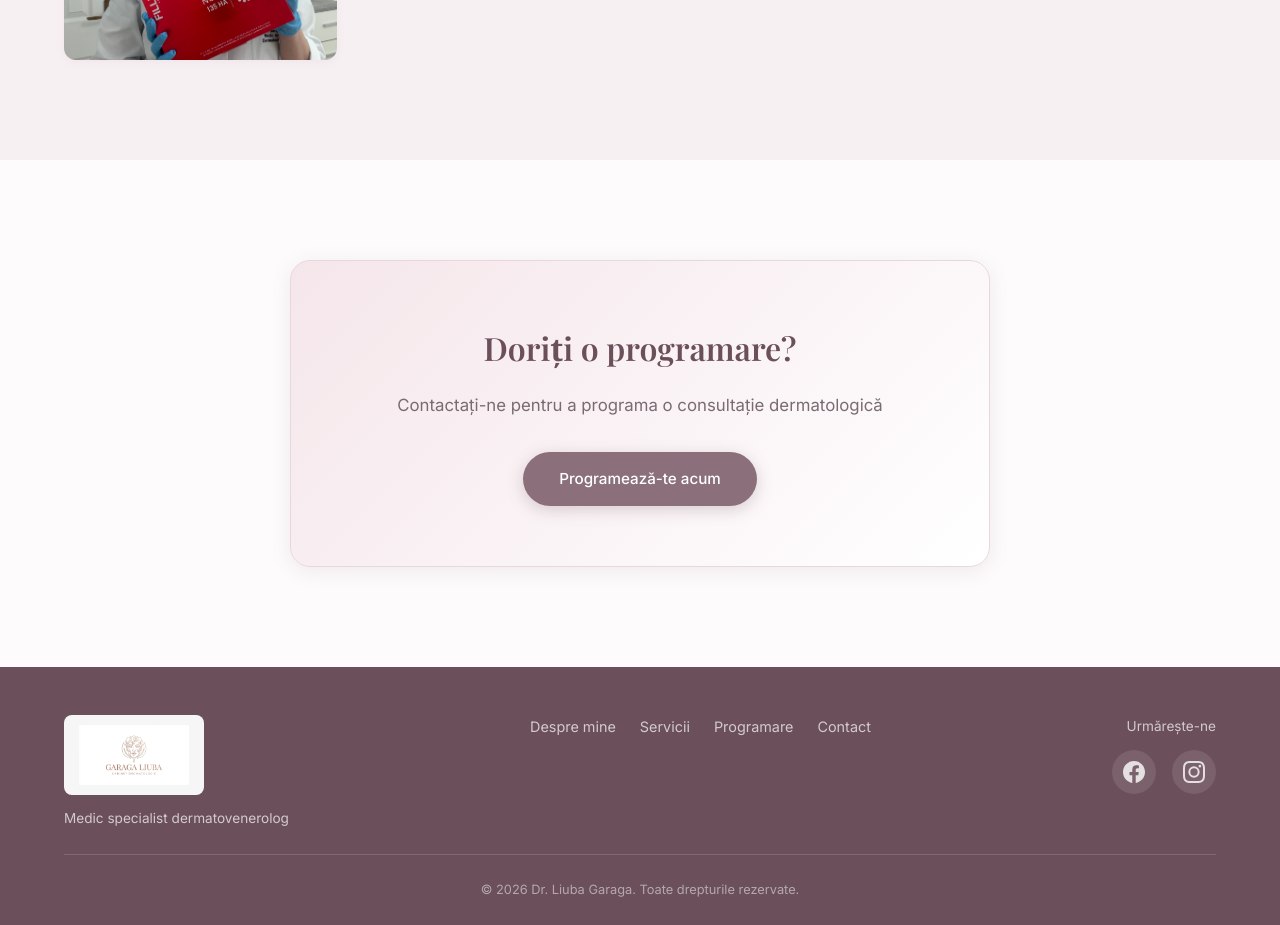
Repository: Nickkolean2793/Medic
Page: about.html
These files come from the project's save history. The page is drawn as it stood at one moment and after the next save; the edit follows.
The browser window is 1280 px wide. The pictures show the part of the page from y = 1884 to 2836 px (the page is 2809 px tall before and 2836 px after).
A picture or video elsewhere on the page could not be fetched, so the positions and the page height are approximate.

Above is the page before, as saved 2026-05-31 16:14:45.

### about.html
<!DOCTYPE html>
<html lang="ro">
<head>
    <meta charset="UTF-8">
    <meta name="viewport" content="width=device-width, initial-scale=1.0">
    <title>Despre mine — Dr. Liuba Garaga</title>
    <meta name="description" content="Află mai multe despre Dr. Liuba Garaga - Medic specialist dermatovenerolog în Toplița. Experiență, formare profesională și pasiune pentru dermatologie.">
    <link rel="preconnect" href="https://fonts.googleapis.com">
    <link rel="preconnect" href="https://fonts.gstatic.com" crossorigin>
    <link href="https://fonts.googleapis.com/css2?family=Playfair+Display:wght@400;500;600;700&family=Inter:wght@300;400;500;600&display=swap" rel="stylesheet">
    <link rel="stylesheet" href="styles.css">
</head>
<body>
    <!-- Navigation -->
    <nav class="navbar" id="navbar">
        <div class="container nav-container">
            <a href="index.html" class="logo">
                <img src="static/img/logo1778433187040.png" alt="Dr. Liuba Garaga" class="logo-img">
            </a>
            <ul class="nav-links" id="navLinks">
                <li><a href="about.html" class="active" data-ro="Despre mine" data-en="About Me">Despre mine</a></li>
                <li><a href="services.html" data-ro="Servicii" data-en="Services">Servicii</a></li>
                <li><a href="booking.html" data-ro="Programare" data-en="Booking">Programare</a></li>
                <li><a href="contact.html" data-ro="Contact" data-en="Contact">Contact</a></li>
            </ul>
            <div class="nav-actions">
                <button class="lang-toggle" id="langToggle" aria-label="Switch language">
                    <span class="lang-active">RO</span> / <span class="lang-inactive">EN</span>
                </button>
                <button class="hamburger" id="hamburger" aria-label="Menu">
                    <span></span>
                    <span></span>
                    <span></span>
                </button>
            </div>
        </div>
    </nav>

    <!-- Page Header -->
    <section class="page-header">
        <div class="container">
            <h1 class="page-title" data-ro="Despre mine" data-en="About Me">Despre mine</h1>
            <p class="page-subtitle" data-ro="Pasiune pentru dermatologie și grijă pentru pacienți" data-en="Passion for dermatology and patient care">Pasiune pentru dermatologie și grijă pentru pacienți</p>
        </div>
    </section>

    <!-- About Section -->
    <section class="section about" id="about">
        <div class="container">
            <div class="about-grid">
                <div class="about-image">
                    <img src="static/img/6DABCEB7-9707-477E-9E4E-37D7E1695E34.JPG" alt="Dr. Liuba Garaga" class="doctor-photo">
                </div>
                <div class="about-text">
                    <div data-ro-block data-en-block>
                        <div class="text-ro">
                            <p>Afecțiunile pielii pot afecta profund încrederea în sine și calitatea vieții. Iar faptul că pot ajuta pacienții să se simtă din nou bine în pielea lor este unul dintre motivele pentru care iubesc această specialitate.</p>
                            <p>De la diagnosticul atent, până la mici intervenții și proceduri estetice, dermatologia este pentru mine un mix între știință și artă.</p>
                            <p>M-am format în cadrul Centrului Universitar din Târgu Mureș, lucrând în echipa coordonată de domnul profesor Silviu Morariu — o experiență care mi-a consolidat pasiunea pentru dermatologie și grija pentru pacient.</p>
                            <p>Pentru că această specialitate este într-o continuă evoluție, iar învățarea nu se oprește niciodată, cursurile și conferințele, inclusiv în domeniul esteticii nu au lipsit din drumul meu profesional.</p>
                            <p>Îmi doresc să aduc tot ceea ce am învățat pacienților mei 🤍</p>
                            <p class="about-signature">Sunt dr. Garaga Liuba, medic specialist dermatovenerolog.<br>Bine ați venit pe pagina mea! 💕</p>
                        </div>
                        <div class="text-en" style="display:none;">
                            <p>Skin conditions can deeply affect self-confidence and quality of life. The fact that I can help patients feel good in their own skin again is one of the reasons I love this specialty.</p>
                            <p>From careful diagnosis to minor procedures and aesthetic treatments, dermatology is for me a mix of science and art.</p>
                            <p>I trained at the University Center of Târgu Mureș, working in the team led by Professor Silviu Morariu — an experience that strengthened my passion for dermatology and patient care.</p>
                            <p>Because this specialty is constantly evolving and learning never stops, courses and conferences, including in the field of aesthetics, have always been part of my professional journey.</p>
                            <p>I want to bring everything I have learned to my patients 🤍</p>
                            <p class="about-signature">I am Dr. Garaga Liuba, dermatology specialist.<br>Welcome to my page! 💕</p>
                        </div>
                    </div>
                </div>
            </div>
        </div>
    </section>

    <!-- Gallery Section -->
    <section class="section gallery" id="gallery">
        <div class="container">
            <h2 class="section-title" data-ro="Galerie" data-en="Gallery">Galerie</h2>
            <div class="gallery-grid">
                <div class="gallery-item">
                    <img src="static/img/9AFEC40F-D837-46F6-A0D6-E3F5299864F7.JPG" alt="Cabinet Dr. Liuba Garaga">
                </div>
                <div class="gallery-item">
                    <img src="static/img/34384272-CE6D-4BE3-B2C7-33A3A091B858.JPG" alt="Cabinet dermatologie">
                </div>
                <div class="gallery-item">
                    <img src="static/img/594498E1-9CA2-48F2-93D5-7AA9176E22A9.JPG" alt="Echipament medical">
                </div>
                <div class="gallery-item">
                    <img src="static/img/6DEF62F0-C09B-469A-AA5E-CE7CA0036786.JPG" alt="Proceduri dermatologice">
                </div>
                <div class="gallery-item">
                    <img src="static/img/98B793A6-C316-40DD-9CE8-CC2BBDBE2BA9.JPG" alt="Consultație">
                </div>
            </div>
        </div>
    </section>

    <!-- CTA Section -->
    <section class="section cta-section">
        <div class="container">
            <div class="cta-card">
                <h2 data-ro="Doriți o programare?" data-en="Want to book an appointment?">Doriți o programare?</h2>
                <p data-ro="Contactați-ne pentru a programa o consultație dermatologică" data-en="Contact us to schedule a dermatological consultation">Contactați-ne pentru a programa o consultație dermatologică</p>
                <a href="booking.html" class="btn btn-primary" data-ro="Programează-te acum" data-en="Book Now">Programează-te acum</a>
            </div>
        </div>
    </section>

    <!-- Footer -->
    <footer class="footer">
        <div class="container">
            <div class="footer-content">
                <div class="footer-brand">
                    <img src="static/img/logo1778433187040.png" alt="Dr. Liuba Garaga" class="footer-logo">
                    <p data-ro="Medic specialist dermatovenerolog" data-en="Dermatology Specialist">Medic specialist dermatovenerolog</p>
                </div>
                <div class="footer-links">
                    <a href="about.html" data-ro="Despre mine" data-en="About Me">Despre mine</a>
                    <a href="services.html" data-ro="Servicii" data-en="Services">Servicii</a>
                    <a href="booking.html" data-ro="Programare" data-en="Booking">Programare</a>
                    <a href="contact.html" data-ro="Contact" data-en="Contact">Contact</a>
                </div>
                <div class="footer-social">
                    <p data-ro="Urmărește-ne" data-en="Follow Us">Urmărește-ne</p>
                    <div class="social-links">
                        <a href="https://www.facebook.com/liuba.garaga.dermatolog" target="_blank" rel="noopener noreferrer" aria-label="Facebook" class="social-link">
                            <svg viewBox="0 0 24 24" fill="currentColor"><path d="M24 12.073c0-6.627-5.373-12-12-12s-12 5.373-12 12c0 5.99 4.388 10.954 10.125 11.854v-8.385H7.078v-3.47h3.047V9.43c0-3.007 1.792-4.669 4.533-4.669 1.312 0 2.686.235 2.686.235v2.953H15.83c-1.491 0-1.956.925-1.956 1.874v2.25h3.328l-.532 3.47h-2.796v8.385C19.612 23.027 24 18.062 24 12.073z"/></svg>
                        </a>
                        <a href="https://www.instagram.com/liuba.garaga.dermatolog" target="_blank" rel="noopener noreferrer" aria-label="Instagram" class="social-link">
                            <svg viewBox="0 0 24 24" fill="currentColor"><path d="M12 2.163c3.204 0 3.584.012 4.85.07 3.252.148 4.771 1.691 4.919 4.919.058 1.265.069 1.645.069 4.849 0 3.205-.012 3.584-.069 4.849-.149 3.225-1.664 4.771-4.919 4.919-1.266.058-1.644.07-4.85.07-3.204 0-3.584-.012-4.849-.07-3.26-.149-4.771-1.699-4.919-4.92-.058-1.265-.07-1.644-.07-4.849 0-3.204.013-3.583.07-4.849.149-3.227 1.664-4.771 4.919-4.919 1.266-.057 1.645-.069 4.849-.069zM12 0C8.741 0 8.333.014 7.053.072 2.695.272.273 2.69.073 7.052.014 8.333 0 8.741 0 12c0 3.259.014 3.668.072 4.948.2 4.358 2.618 6.78 6.98 6.98C8.333 23.986 8.741 24 12 24c3.259 0 3.668-.014 4.948-.072 4.354-.2 6.782-2.618 6.979-6.98.059-1.28.073-1.689.073-4.948 0-3.259-.014-3.667-.072-4.947-.196-4.354-2.617-6.78-6.979-6.98C15.668.014 15.259 0 12 0zm0 5.838a6.162 6.162 0 100 12.324 6.162 6.162 0 000-12.324zM12 16a4 4 0 110-8 4 4 0 010 8zm6.406-11.845a1.44 1.44 0 100 2.881 1.44 1.44 0 000-2.881z"/></svg>
                        </a>
                    </div>
                </div>
            </div>
            <div class="footer-bottom">
                <p>&copy; 2026 Dr. Liuba Garaga. <span data-ro="Toate drepturile rezervate." data-en="All rights reserved.">Toate drepturile rezervate.</span></p>
            </div>
        </div>
    </footer>

    <script src="script.js"></script>
</body>
</html>

Loaded but not shown: script.js (175 lines, source omitted); styles.css (1200 lines, source omitted)

After the next save:
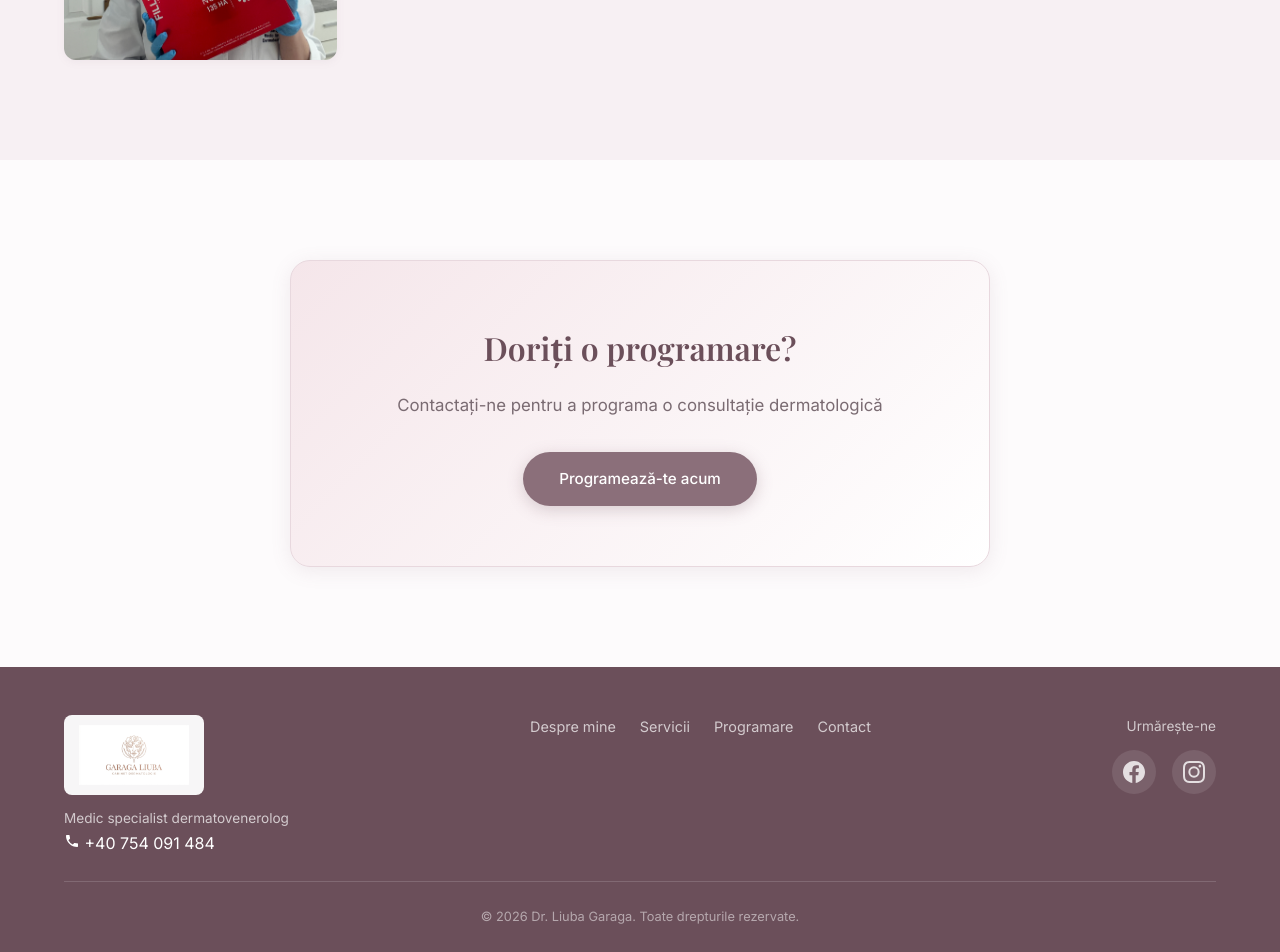
Saved 2 min 17 s later.
--- a/about.html
+++ b/about.html
@@ -117,6 +117,10 @@
                 <div class="footer-brand">
                     <img src="static/img/logo1778433187040.png" alt="Dr. Liuba Garaga" class="footer-logo">
                     <p data-ro="Medic specialist dermatovenerolog" data-en="Dermatology Specialist">Medic specialist dermatovenerolog</p>
+                    <a href="tel:+40754091484" class="footer-phone">
+                        <svg viewBox="0 0 24 24" fill="currentColor" width="16" height="16"><path d="M6.62 10.79a15.05 15.05 0 006.59 6.59l2.2-2.2a1 1 0 011.01-.24c1.12.37 2.33.57 3.58.57a1 1 0 011 1V20a1 1 0 01-1 1A17 17 0 013 4a1 1 0 011-1h3.5a1 1 0 011 1c0 1.25.2 2.46.57 3.58a1 1 0 01-.25 1.01l-2.2 2.2z"/></svg>
+                        +40 754 091 484
+                    </a>
                 </div>
                 <div class="footer-links">
                     <a href="about.html" data-ro="Despre mine" data-en="About Me">Despre mine</a>
